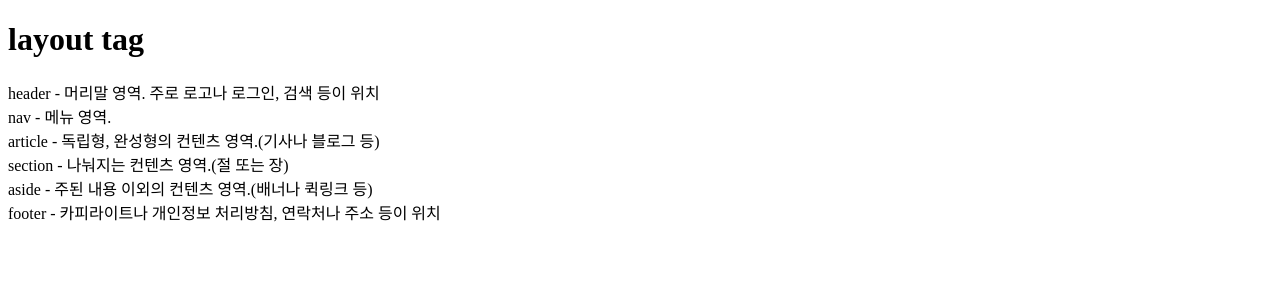
Repository: Git-Seokcoding/WEB
Page: CSS3/src/main/webapp/layout.html
The author's editor kept a copy of each file at every save. The page is drawn from the files as they stood at one save, then again after the next save.
The browser window is 1280 px wide. The pictures show the whole page.

Above is the page before, as saved 2023-10-12 07:08:28.

### CSS3/src/main/webapp/layout.html
<!DOCTYPE html>
<html>
<head>
<meta charset="UTF-8">
<title>layout tag</title>
</head>
<body>
	<h1>layout tag</h1>
	<header>
	header - 머리말 영역. 주로 로고나 로그인, 검색 등이 위치
	</header>
	<nav>
	nav - 메뉴 영역.
	</nav>
	<article>
	article - 독립형, 완성형의 컨텐츠 영역.(기사나 블로그 등)
	</article>
	<section>
	section - 나눠지는 컨텐츠 영역.(절 또는 장)
	</section>
	<aside>
	aside - 주된 내용 이외의 컨텐츠 영역.(배너나 퀵링크 등)
	</aside>
	<footer>
	footer - 카피라이트나 개인정보 처리방침, 연락처나 주소 등이 위치
	</header>
	</footer>


</body>
</html>

After the next save:
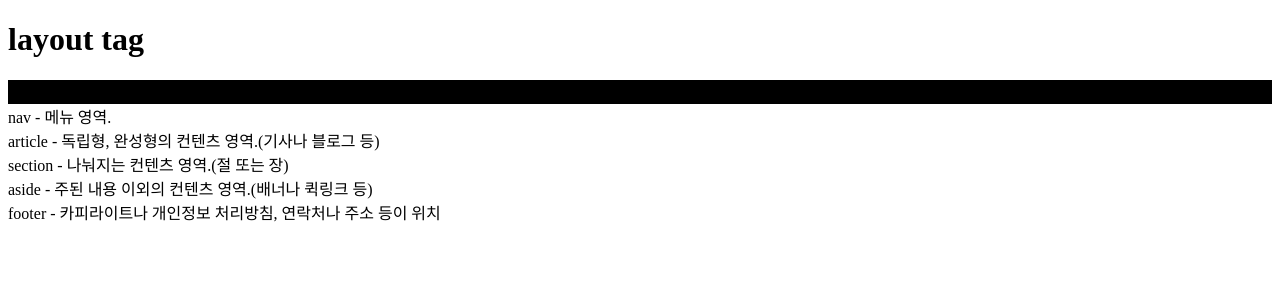
Saved 2 min 14 s later.
--- a/CSS3/src/main/webapp/layout.html
+++ b/CSS3/src/main/webapp/layout.html
@@ -6,7 +6,7 @@
 </head>
 <body>
 	<h1>layout tag</h1>
-	<header>
+	<header style="background-color: #000;co">
 	header - 머리말 영역. 주로 로고나 로그인, 검색 등이 위치
 	</header>
 	<nav>
